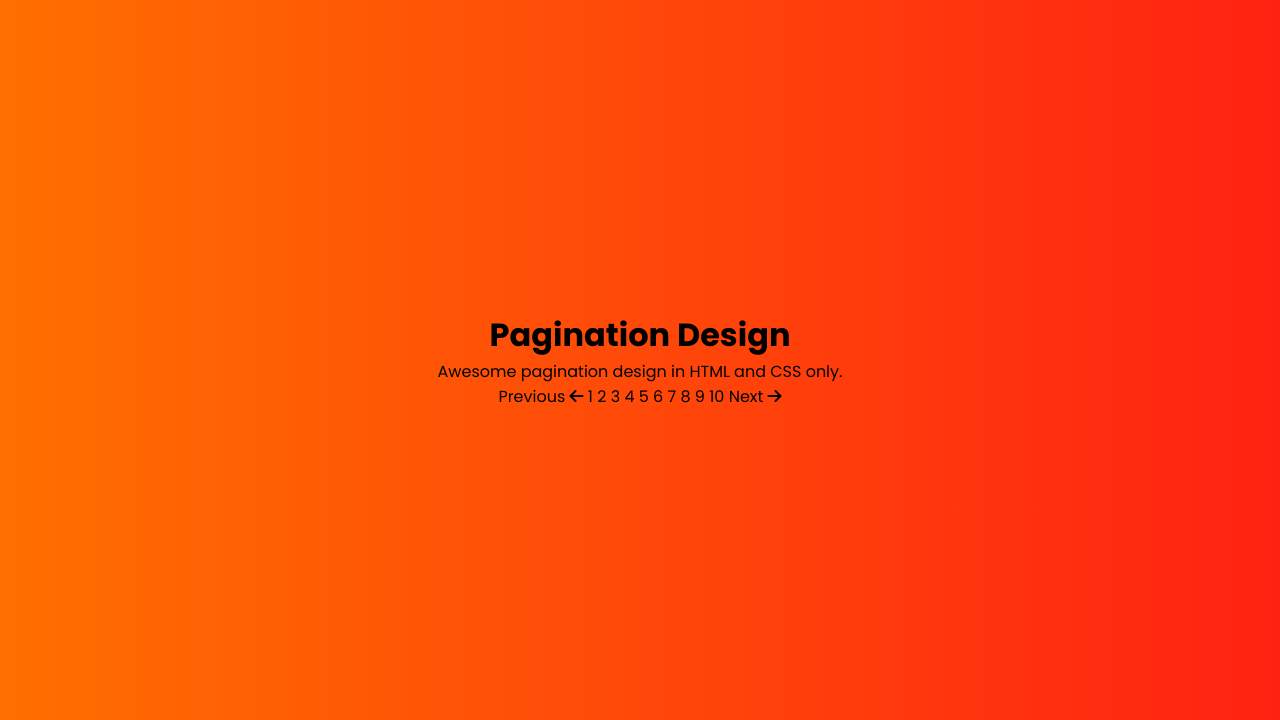
Repository: Ankitkr2021/Awesome-Pagination
Page: index.html
The author's editor kept a copy of each file at every save. The page is drawn from the files as they stood at one save, then again after the next save.
The browser window is 1280 px wide. The pictures show the whole page.

Above is the page before, as saved 2025-10-02 08:56:30.

### index.html
<!DOCTYPE html>
<html lang="en">
<head>
    <meta charset="UTF-8">
    <meta name="viewport" content="width=device-width, initial-scale=1.0">
    <title>Document</title>
    <link rel="stylesheet" href="https://cdnjs.cloudflare.com/ajax/libs/font-awesome/6.5.0/css/all.min.css">
    <link rel="stylesheet" href="./style.css">
</head>
<body>
    <div class="page">
        <h1>Pagination Design</h1>
        <p>Awesome pagination design in HTML and CSS only.</p>
        <div class="box">
            Previous <i class="fas fa-arrow-left"></i>
            1
            2
            3
            4
            5
            6
            7
            8
            9
            10
            Next <i class="fas fa-arrow-right"></i>
        </div>
    </div>
</body>
</html>

### style.css
@import url("https://fonts.googleapis.com/css2?family=Poppins:wght@300;400;500;600;700&display=swap");

*{
    margin: 0;
    padding: 0;
    box-sizing: border-box;
    font-family: "Poppins",sans-serif;
}

body{
    display: flex;
   justify-content: center;
   align-items: center;
    height: 100vh;
    width: 100%;
    background: linear-gradient(to right, rgb(255, 111, 0), rgb(255, 34, 18));
}

.page{
   display: flex;
   justify-content: center;
   align-items: center;
   flex-direction: column;
}

After the next save:
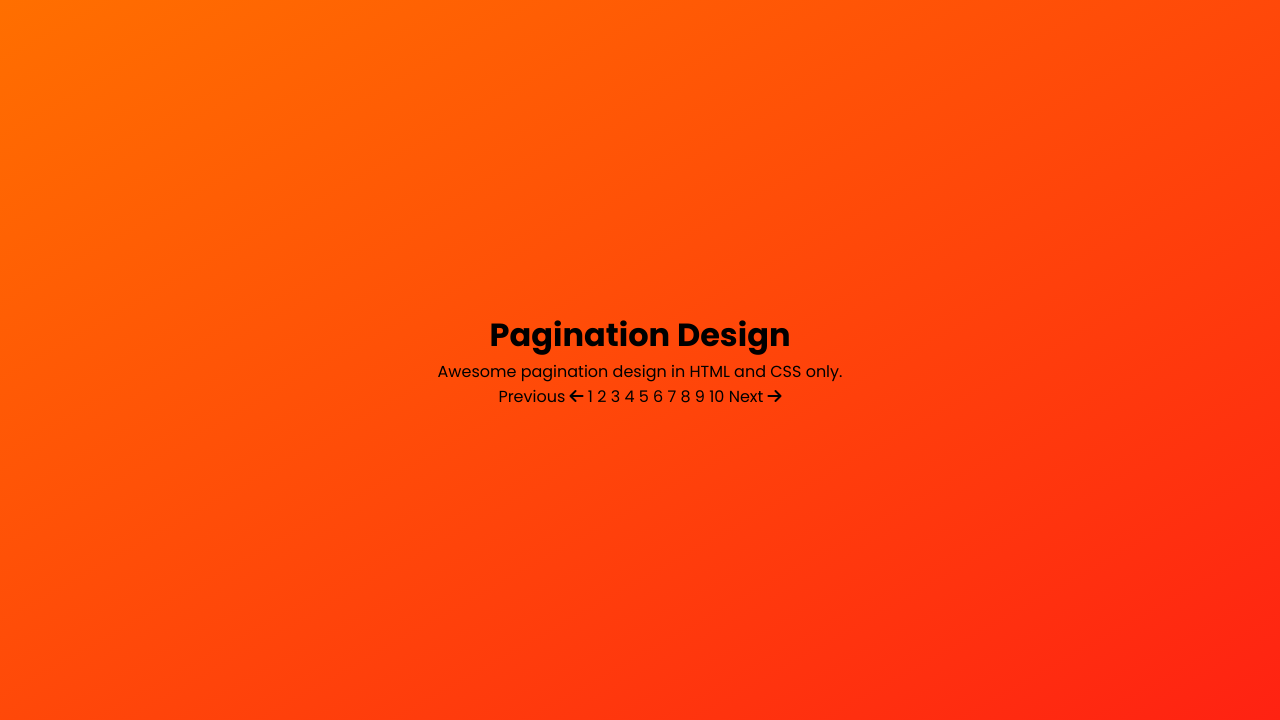
Saved 7 s later.
--- a/style.css
+++ b/style.css
@@ -13,7 +13,7 @@ body{
    align-items: center;
     height: 100vh;
     width: 100%;
-    background: linear-gradient(to right, rgb(255, 111, 0), rgb(255, 34, 18));
+    background: linear-gradient(to bottom right, rgb(255, 111, 0), rgb(255, 34, 18));
 }
 
 .page{
